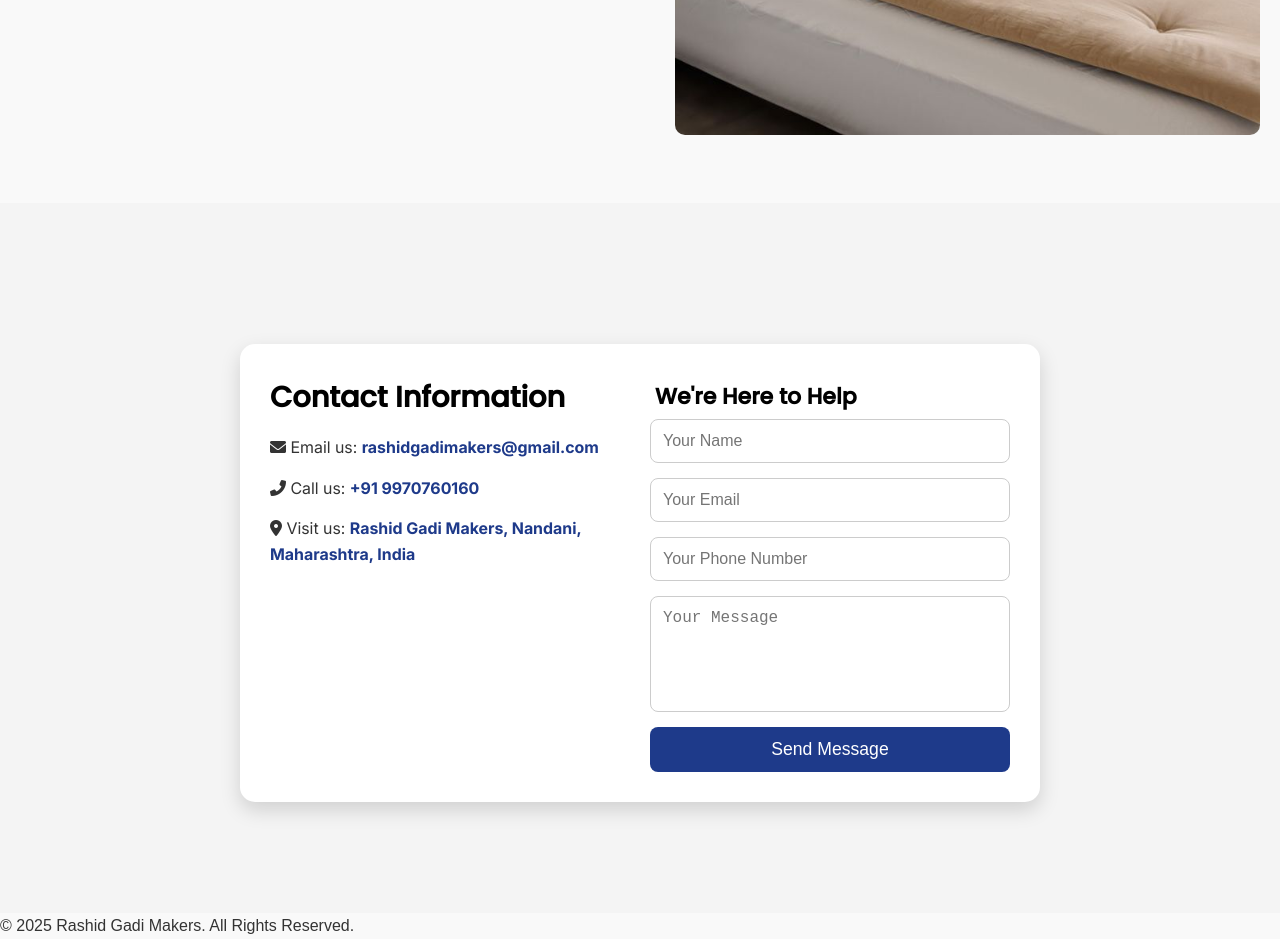
Repository: nadafgroup/rashidgadiUI
Page: src/home.html
These files come from the project's save history. The page is drawn as it stood at one moment and after the next save; the edit follows.
The browser window is 1280 px wide. The pictures show the part of the page from y = 2111 to 3063 px (the page is 3050 px tall before and 3158 px after).
A picture or video elsewhere on the page could not be fetched, so the positions and the page height are approximate.

Above is the page before, as saved 2025-01-30 18:15:08.

After the next save:
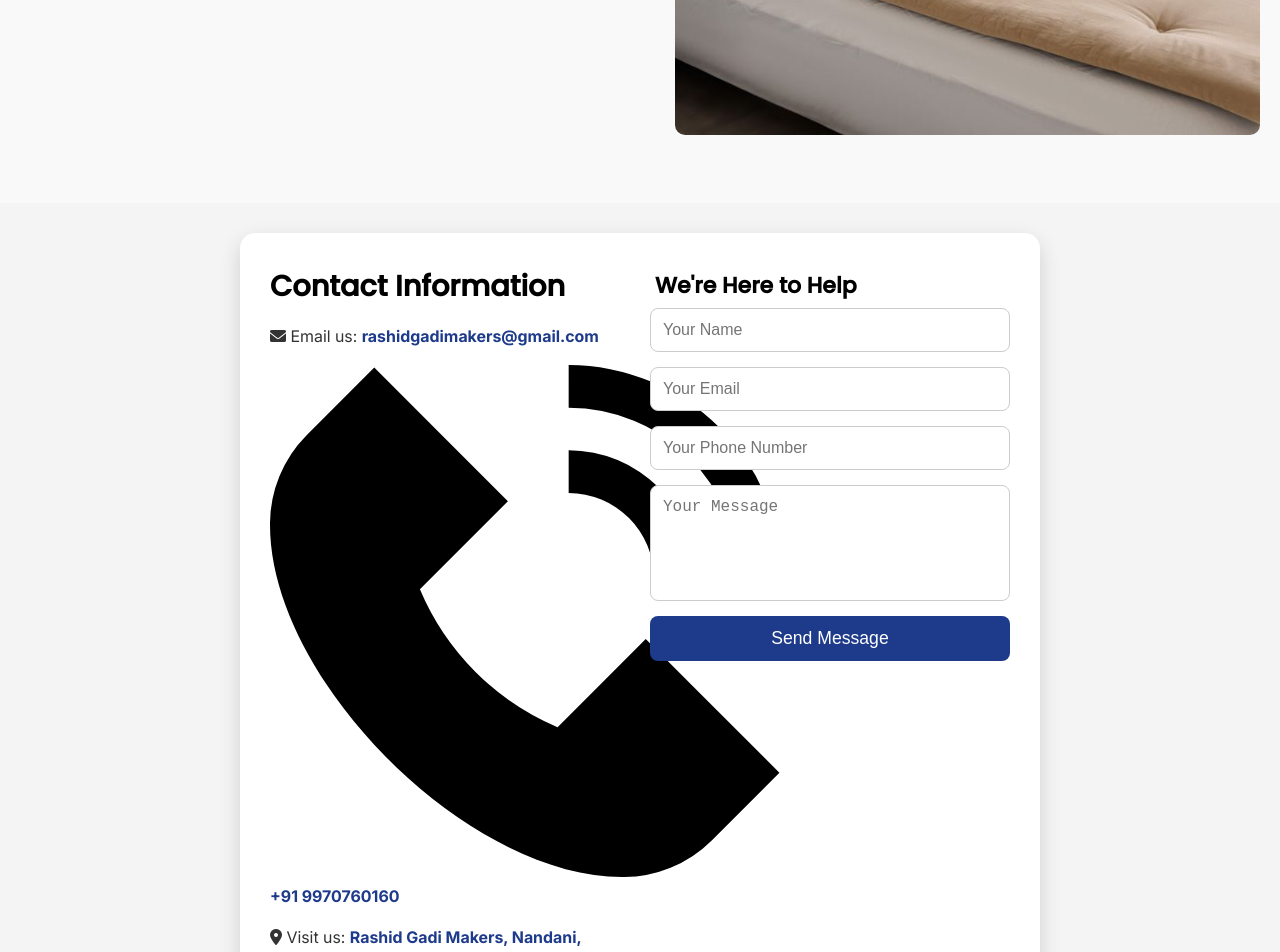
Saved 117 s later.
--- a/src/home.html
+++ b/src/home.html
@@ -127,7 +127,7 @@
         <a href="mailto:rashidgadimakers@gmail.com">rashidgadimakers@gmail.com</a>
     </p>
     <p>
-        <i class="fas fa-phone-alt"></i> Call us:
+       <img src="../assets/img/phone-call.svg" alt="">
         <a href="https://wa.me/+919970760160" target="_blank">+91 9970760160</a>
     </p>
     <p>

After the save that followed:
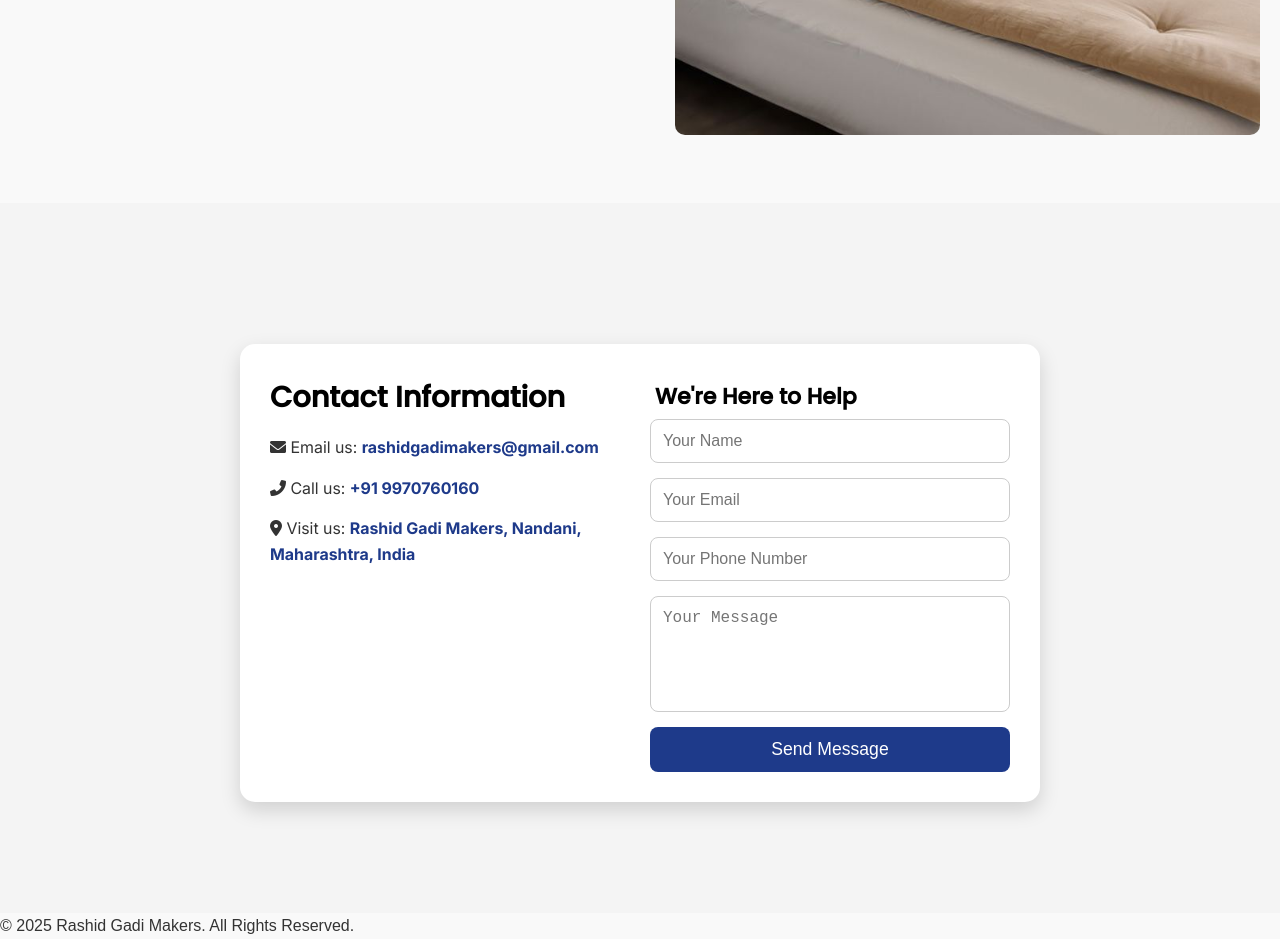
Saved 13 s later.
--- a/src/home.html
+++ b/src/home.html
@@ -127,7 +127,7 @@
         <a href="mailto:rashidgadimakers@gmail.com">rashidgadimakers@gmail.com</a>
     </p>
     <p>
-       <img src="../assets/img/phone-call.svg" alt="">
+        <i class="fas fa-phone-alt"></i> Call us:
         <a href="https://wa.me/+919970760160" target="_blank">+91 9970760160</a>
     </p>
     <p>
